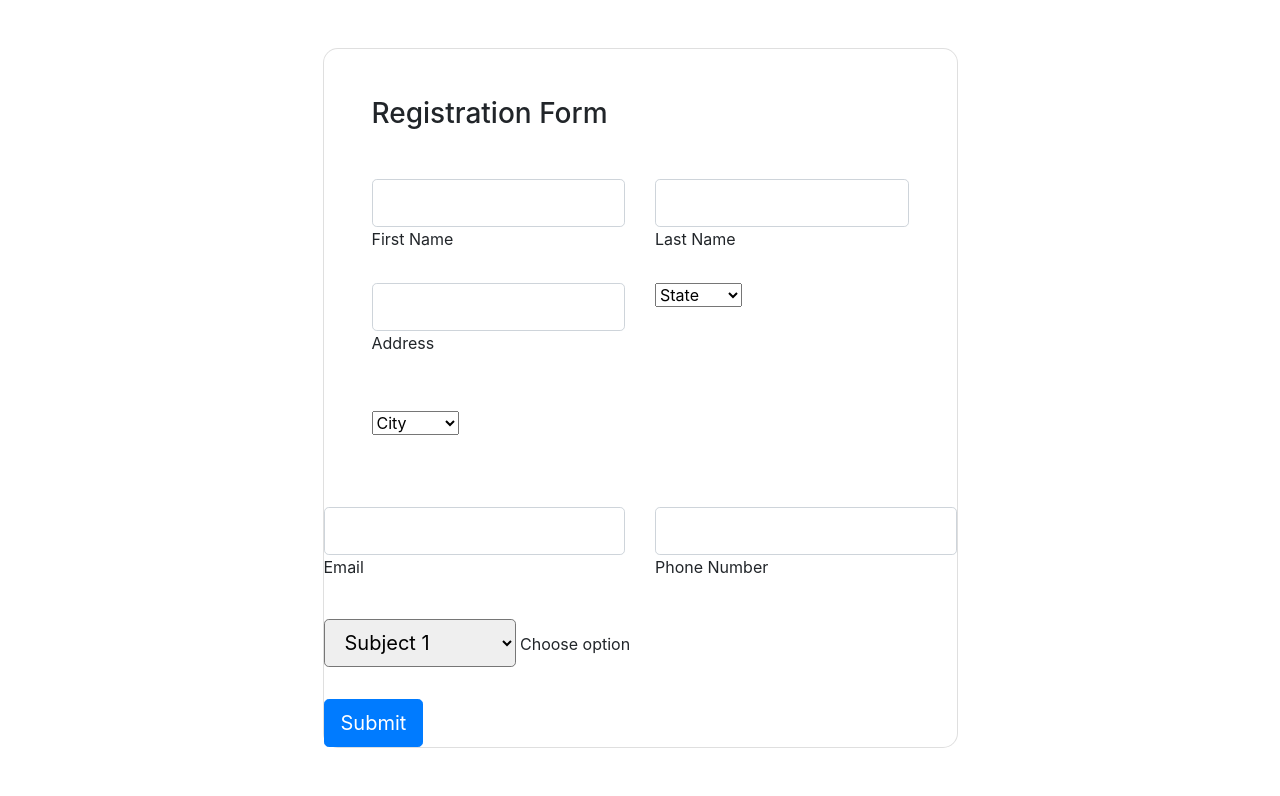
Repository: KeithKeithZ/libapp
Page: http://localhost/userRegister
An editor plug-in stored every save of this project. The page is shown before and after the next save, followed by the edit.
The browser window is 1280 px wide. The pictures show the whole page.
The page is served by the project's Laravel application, run on PHP 8.4 with Laravel 8. Other server files are loaded and not shown.

Above is the page before, as saved 2021-12-03 10:59:19.

### routes/web.php
<?php

use Illuminate\Support\Facades\Route;

/*
|--------------------------------------------------------------------------
| Web Routes
|--------------------------------------------------------------------------
|
| Here is where you can register web routes for your application. These
| routes are loaded by the RouteServiceProvider within a group which
| contains the "web" middleware group. Now create something great!
|
*/

Route::get('/', function () {
    return view('welcome');
});

Route::get('/Users', function () {
    return view('users');
});

Route::get('/userLogin', function () {
    return view('userSignIn');
});

Route::get('/userRegister', function () {
    return view('userRegister');
});

### resources/views/userRegister.blade.php
<!DOCTYPE html>
<html lang="{{ str_replace('_', '-', app()->getLocale()) }}">
    <head>
        <title>Bootstrap Example</title>
        <meta charset="utf-8">
        <meta name="viewport" content="width=device-width, initial-scale=1">
        <link rel="stylesheet" href="https://stackpath.bootstrapcdn.com/bootstrap/4.1.3/css/bootstrap.min.css" integrity="sha384-MCw98/SFnGE8fJT3GXwEOngsV7Zt27NXFoaoApmYm81iuXoPkFOJwJ8ERdknLPMO" crossorigin="anonymous">
        <script src="https://code.jquery.com/jquery-3.3.1.slim.min.js" integrity="sha384-q8i/X+965DzO0rT7abK41JStQIAqVgRVzpbzo5smXKp4YfRvH+8abtTE1Pi6jizo" crossorigin="anonymous"></script>
        <script src="https://cdnjs.cloudflare.com/ajax/libs/popper.js/1.14.3/umd/popper.min.js" integrity="sha384-ZMP7rVo3mIykV+2+9J3UJ46jBk0WLaUAdn689aCwoqbBJiSnjAK/l8WvCWPIPm49" crossorigin="anonymous"></script>
        <script src="https://stackpath.bootstrapcdn.com/bootstrap/4.1.3/js/bootstrap.min.js" integrity="sha384-ChfqqxuZUCnJSK3+MXmPNIyE6ZbWh2IMqE241rYiqJxyMiZ6OW/JmZQ5stwEULTy" crossorigin="anonymous"></script>
    </head>

    <section class="vh-100 gradient-custom">
        <div class="container py-5 h-100">
            <div class="row justify-content-center align-items-center h-100">
            <div class="col-12 col-lg-9 col-xl-7">
                <div class="card shadow-2-strong card-registration" style="border-radius: 15px;">
                <div class="card-body p-4 p-md-5">
                    <h3 class="mb-4 pb-2 pb-md-0 mb-md-5">Registration Form</h3>
                    <form>

                    <div class="row">
                        <div class="col-md-6 mb-4">

                        <div class="form-outline">
                            <input type="text" id="firstName" class="form-control form-control-lg" />
                            <label class="form-label" for="firstName">First Name</label>
                        </div>

                        </div>
                        <div class="col-md-6 mb-4">

                        <div class="form-outline">
                            <input type="text" id="lastName" class="form-control form-control-lg" />
                            <label class="form-label" for="lastName">Last Name</label>
                        </div>

                        </div>
                    </div>

                    <div class="row">
                        <div class="col-md-6 mb-4 d-flex align-items-center">

                        <div class="form-outline mb-4">
                            <input type="text" id="form3Example8" class="form-control form-control-lg" />
                            <label class="form-label" for="form3Example8">Address</label>
                        </div>

                        </div>
                        <div class="col-md-6 mb-4">

                        <select class="select">
                            <option value="1">State</option>
                            <option value="2">Option 1</option>
                            <option value="3">Option 2</option>
                            <option value="4">Option 3</option>
                        </select>

                        </div>

                        <div class="col-md-6 mb-4">

                            <select class="select">
                                <option value="1">City</option>
                                <option value="2">Option 1</option>
                                <option value="3">Option 2</option>
                                <option value="4">Option 3</option>
                            </select>
                        </div>

                        </div>
                    </div>

                    <div class="row">
                        <div class="col-md-6 mb-4 pb-2">

                        <div class="form-outline">
                            <input type="email" id="emailAddress" class="form-control form-control-lg" />
                            <label class="form-label" for="emailAddress">Email</label>
                        </div>

                        </div>
                        <div class="col-md-6 mb-4 pb-2">

                        <div class="form-outline">
                            <input type="tel" id="phoneNumber" class="form-control form-control-lg" />
                            <label class="form-label" for="phoneNumber">Phone Number</label>
                        </div>

                        </div>
                    </div>

                    <div class="row">
                        <div class="col-12">

                        <select class="select form-control-lg">
                            <option value="1" disabled>Choose option</option>
                            <option value="2">Subject 1</option>
                            <option value="3">Subject 2</option>
                            <option value="4">Subject 3</option>
                        </select>
                        <label class="form-label select-label">Choose option</label>

                        </div>
                    </div>

                    <div class="mt-4 pt-2">
                        <input class="btn btn-primary btn-lg" type="submit" value="Submit" />
                    </div>

                    </form>
                </div>
                </div>
            </div>
            </div>
        </div>
    </section>

</html>

After the next save:
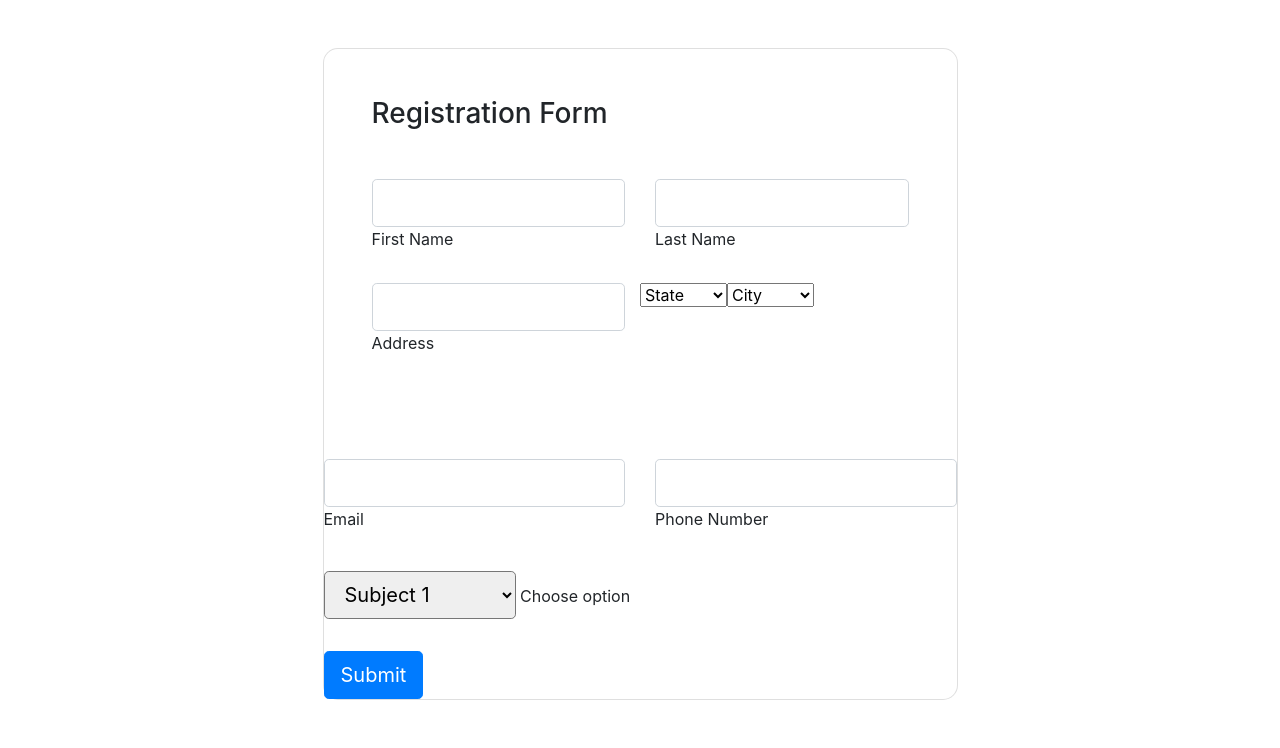
Saved 41 s later.
--- a/resources/views/userRegister.blade.php
+++ b/resources/views/userRegister.blade.php
@@ -47,7 +47,7 @@
                         </div>
 
                         </div>
-                        <div class="col-md-6 mb-4">
+                        <div class="form-outline mb-4">
 
                         <select class="select">
                             <option value="1">State</option>
@@ -58,7 +58,7 @@
 
                         </div>
 
-                        <div class="col-md-6 mb-4">
+                        <div class="form-outline mb-4">
 
                             <select class="select">
                                 <option value="1">City</option>
